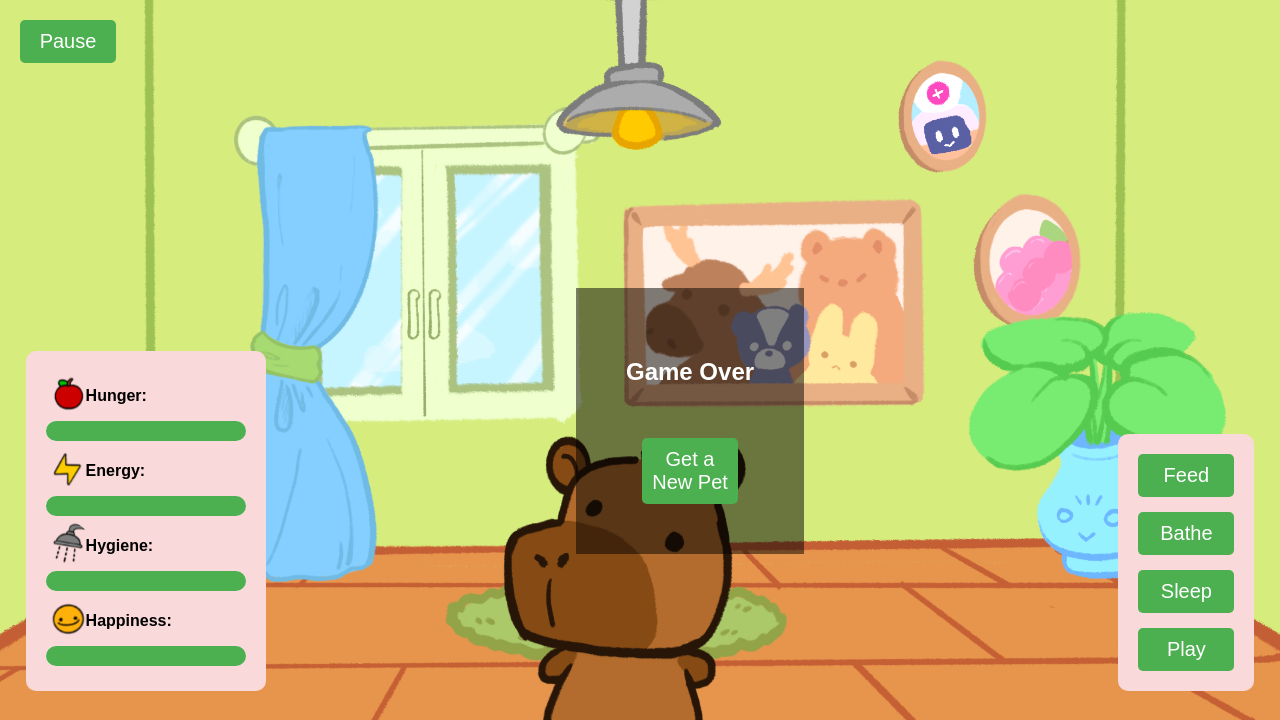
Repository: sarahjx/CapyCare
Page: html/index.html
The author's editor kept a copy of each file at every save. The page is drawn from the files as they stood at one save, then again after a run of saves.
The browser window is 1280 px wide. The pictures show the whole page.
Some web fonts or font styles are not loaded; a fallback is used.

Above is the page before, as saved 2025-05-01 14:49:29.
Console error: TypeError: Cannot set properties of null (setting 'innerText')

After the next 2 saves:
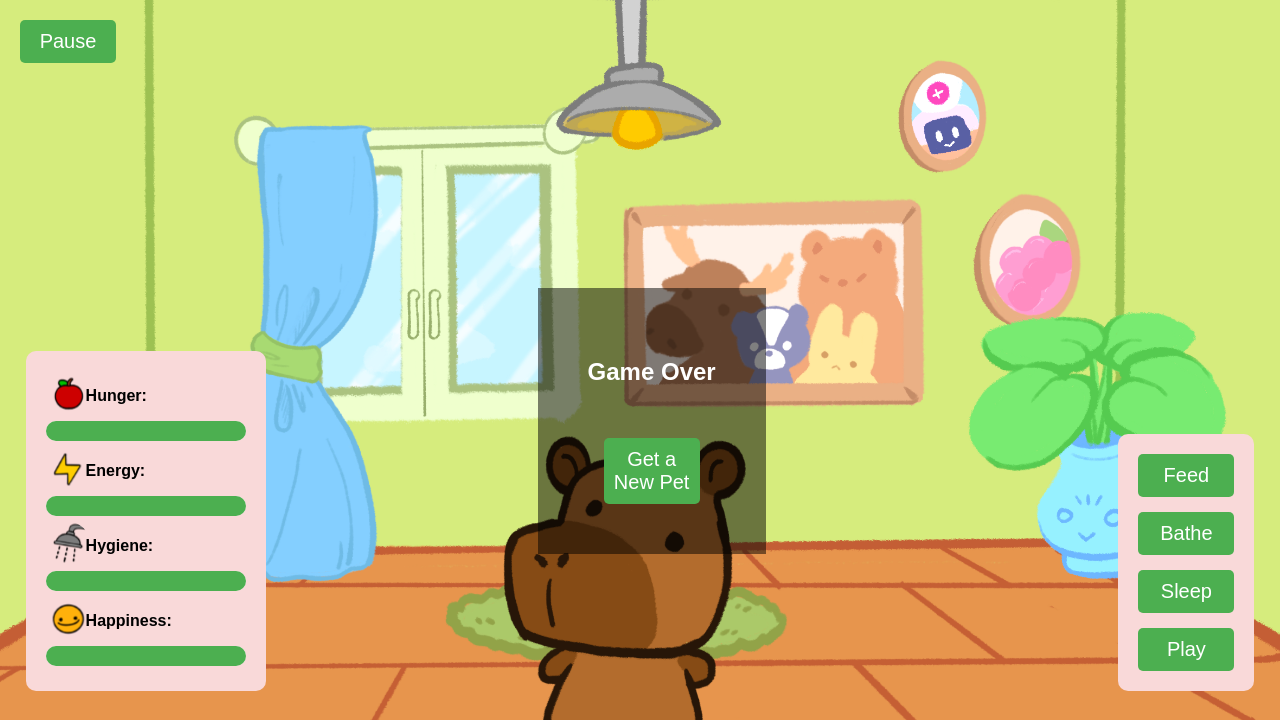
The 2 saves are shown as one change because they came seconds apart.
The last was saved 37 s later.
--- a/css/statusbar.css
+++ b/css/statusbar.css
@@ -174,7 +174,7 @@ button:hover {
   flex-direction: column;
   justify-content: center;
   align-items: center;
-  left: 45%;
+  left: 42%;
   top: 40%;
   padding: 50px;
   margin: 0;
